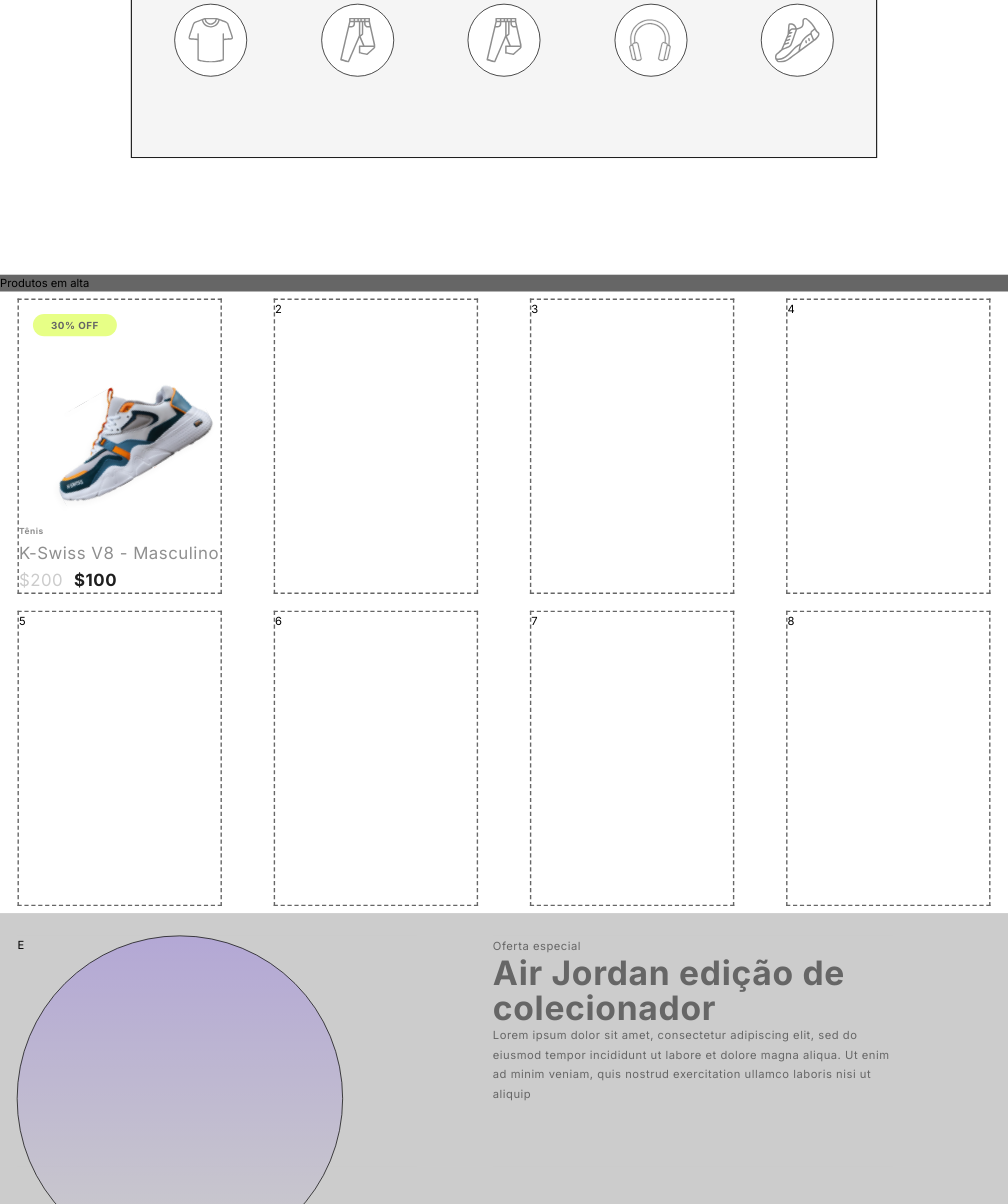
Repository: theophiloweb/landpage_disgital_store
Page: index.html
The author's editor kept a copy of each file at every save. The page is drawn from the files as they stood at one save, then again after the next save.
The browser window is 1280 px wide. The page is 1440 px wide, so the pictures cover 1440 px, including what lies to the right of the window. The pictures show the part of the page from y = 1518 to 3238 px (the page is 3731 px tall), at 70% of full size.

Above is the page before, as saved 2025-04-25 10:59:41.

### index.html
<!DOCTYPE html>
<html lang="en">

<head>
  <meta charset="UTF-8" />
  <meta name="viewport" content="width=device-width, initial-scale=1.0" />
  <title>Document</title>
  <script src="https://cdn.jsdelivr.net/npm/@tailwindcss/browser@4"></script>
  <link rel="stylesheet" href="style.css" />
  <link rel="shortcut icon" href="./images/logo.svg" type="image/x-icon" />
</head>

<body>
  <!-- Container principal  -->
  <div class="container">
    <header>
      <div class="logotipo">
        <div class="logotipo_img">
          <img src="./images/logo.svg" alt="Logo" />
        </div>
        <div class="logotipo_text">
          <p>Digital Store</p>
        </div>
      </div>

      <div class="search_bar">
        <div class="search_bar_input">
          <div class="search-wrapper">
            <input type="text" placeholder="Pesquisar produtos" class="input_search" />
            <img src="./images/search.svg" alt="Ícone de busca" class="search-icon" />
          </div>
          <button type="button" class="button_login">Entrar</button>
          <img src="./images/buy0.svg" alt="buy" class="buy_icon" />
        </div>
      </div>
    </header>

    <nav>
      <ul class="nav_links">
        <li>Home</li>
        <li>Produtos</li>
        <li>Categorias</li>
        <li>Meus Pedidos</li>
      </ul>

      <p class="nav_empty"></p>
    </nav>

    <main>
      <aside>
        <section class="slideshow">
          <div class="slideshow_text">
            <p class="slideshow_text1">Melhores ofertas personalizadas</p>
            <h1 class="slideshow_text2">Queima de Estoque Nike 🔥</h1>
            <p class="slideshow_text3">
              Consequat culpa exercitation mollit nisi excepteur do do tempor
              laboris eiusmod irure consectetur.
            </p>
          </div>

          <div class="slideshow_img">
            <img src="./images/tenis.svg" alt="tenis_rotate" />
          </div>
        </section>

        <!-- SVG Teste
        <div class="teste">
          <svg xmlns="http://www.w3.org/2000/svg" width="1069" height="319" viewBox="0 0 1069 319" fill="none">
            <path d="M0.5 318V25L528 0.5L1068 25V318H0.5Z" stroke="black" />
          </svg>
          <p class="">Olá Mundo</p>
        </div>
        -->

        <section class="title_featured_collection">
          <div>
            <p>Coleções em destaque</p>
          </div>
        </section>

        <section class="featured_collection">

          <div class="boxs_featured_collection_img">
            <button>30% OFF</button>
            <h1>Novo drop Supreme</h1>
            <button>Comprar</button>
            <img src="./images/features_colletion_img1.png" class="img1" alt="" srcset="">
          </div>

          <div class="boxs_featured_collection_img">
            <button>30% OFF</button>
            <h1>Novo drop Supreme</h1>
            <button>Comprar</button>
            <img src="./images/features_colletion_img2.png" class="img2" alt="" srcset="">
          </div>

          <div class="boxs_featured_collection_img">
            <button>30% OFF</button>
            <h1>Novo drop Supreme</h1>
            <button>Comprar</button>
            <img src="./images/features_colletion_img3.png" class="img3" alt="" srcset="">
          </div>
        </section>

        <section class="featured_collection_2">
          <div class="featured_collection_2_box1">
            <div class="featured_collection_2_box2">
              <p>Coleções em destaque</p>
              <div class="featured_collection_2_icons">
                <div class="icon1"><img src="./images/ico1.svg" alt="" srcset=""></div>
                <div class="icon2"><img src="./images/ico2.svg" alt="" srcset=""></div>
                <div class="icon3"><img src="./images/ico3.svg" alt="" srcset=""></div>
                <div class="icon4"><img src="./images/ico4.svg" alt="" srcset=""></div>
                <div class="icon5"><img src="./images/ico5.svg" alt="" srcset=""></div>
              </div>
            </div>
          </div>
        </section>

        <section class="trending_products">
          <p>Produtos em alta</p>
          <div class="boxs_trending_products">
            <div>
              <p>30% OFF</p>
              <img src="./images/layer-1-aa-2.svg" alt="" srcset="">
              <p>Tênis</p>
              <h3>K-Swiss V8 - Masculino</h3>
              <p class="normal_value">$200</p>
              <p class="value_now">$100</p>
            </div>
            <div>2</div>
            <div>3</div>
            <div>4</div>
            <div>5</div>
            <div>6</div>
            <div>7</div>
            <div>8</div>
          </div>
        </section>

        <section class="special_offer">
          <div class="special_offer_grp_img">
            <div class="elipse_special_offer">E</div>
          </div>

          <div class="special_offer_text">
            <p>Oferta especial</p>
            <h2>Air Jordan edição de colecionador</h2>
            <p>
              Lorem ipsum dolor sit amet, consectetur adipiscing elit, sed do
              eiusmod tempor incididunt ut labore et dolore magna aliqua. Ut
              enim ad minim veniam, quis nostrud exercitation ullamco laboris
              nisi ut aliquip
            </p>
          </div>
        </section>
      </aside>
    </main>
  </div>
  <footer class="footer">
    <div class="logo_footer">Logo Footer</div>

    <div class="links_utils">
      <div class="information">Information</div>
      <div class="categories">Categories</div>
      <div class="contact">Contact</div>
    </div>
  </footer>
</body>

</html>

### style.css
@import url("https://fonts.googleapis.com/css2?family=Inter:ital,opsz,wght@0,14..32,100..900;1,14..32,100..900&family=Oswald:wght@200..700&family=Roboto:ital,wght@0,100..900;1,100..900&display=swap");

:root {
  --color-dark: #1f1f1f;
  --dark-gray-1: #474747;
  --dark-gray-2: #666666;
  --light-gray-1: #8f8f8f;
  --light-gray-2: #cccccc;
  --light-gray-3: #f5f5f5;
  --white: #ffffff;
  --primary: #c92071;
  --secundary: #b5b6f2;
  --tTertiary: #991956;
  --error: #ee4266;
  --success: #52ca76;
  --warning: #f6aa1c;
  --primary-g: linear-gradient(top, #c92071 0%, #edabca 100%);
  --secondary-g: linear-gradient(top, #b5b6f2 0%, #efefff 100%);
  --offset: 40px;
}

* {
  margin: 0;
  padding: 0;
  box-sizing: border-box;
  font-family: "Inter", sans-serif;
}

body {
  width: 100%;
  height: auto;
  display: grid;
  place-items: center;
  grid-template-columns: auto;
  grid-template-rows: auto;
}

.container {
  margin-top: 10px;
  display: grid;
  grid-template-rows: 1fr;
  place-items: center;
  max-width: 1440px;
  gap: 5px;
}

/* Header */
header {
  display: flex;
  gap: 10px;
  justify-content: center;
  border: 2px groove var(--color-dark);
  width: 1440px;
  height: 192px;
}

.logotipo {
  display: flex;
  gap: 10px;
  justify-content: space-around;
  align-items: center;
}

.logotipo_img {
  width: 33px;
  height: 33px;
}

.logotipo_text {
  font-size: 36.4px;
  font-family: "Inter";
  font-weight: 600;
  color: rgba(201, 32, 113, 1);
}

.search_bar_input {
  margin-top: 60px;
  margin-left: 400px;
  display: flex;
  gap: 24px;
  justify-content: space-around;
  align-items: center;
}

.search-wrapper {
  display: flex;
  align-items: center;
  gap: 0.5rem;
}

.input_search {
  background: var(--white);
  border-radius: 8px;
  opacity: 9;
  width: 400px;
  height: 60px;
}

.search_icon {
  position: absolute;

  color: var(--dark-gray-2);
  left: -50px;
}

.button_login {
  width: 114px;
  height: 40px;
  color: var(--light-gray-3, #f5f5f5);
  text-align: center;
  font-family: "Inter", sans-serif;
  font-size: 16px;
  font-weight: 700;
  background-color: var(--tTertiary);
  padding: 10px;
  border-radius: 10px;
}

.buy_icon {
  margin-left: 69px;
}

/* Section Central Nav */
nav {
  display: grid;
  grid-template-columns: repeat(8, 1fr);
  grid-template-rows: 1fr;
  width: 1440px;
  height: 50px;
}

.nav_links {
  list-style: none;
  grid-column: 2 / 6;
}

.nav_links li {
  display: inline-block;
  padding: 5px 20px;
  color: var(--color-dark);
}

.nav_empty {}

/* Section Central Slideshow */
.slideshow {
  display: grid;
  gap: 10px;
  grid-template-columns: repeat(2, 1fr);
  align-items: center;
  border: 2px groove var(--color-dark);
  max-width: 1440px;
  height: 681px;
  background-color: var(--light-gray-3);
}

.slideshow_text {
  margin-left: 100px;
  word-spacing: 2px;
}

.slideshow_text1 {
  font-size: 16px;
  font-family: "Inter";
  font-weight: 700;
  color: rgba(246, 170, 28, 1);
}

.slideshow_text2 {
  font-size: 64px;
  font-family: "Inter";
  font-weight: 800;
  color: rgba(31, 31, 31, 1);
}

.slideshow_text3 {
  font-size: 18px;
  font-family: "Inter";
  font-weight: 400;
  color: rgba(71, 71, 71, 1);
}

/* Section Central featured_collection - Image */
.featured_collection {
  display: grid;
  grid-template-columns: repeat(3, 1fr);
  grid-template-rows: 330px;
  gap: 10px;
  border: 2px groove var(--color-dark);
}

/* Estilos para cada div dentro da coleção */
.featured_collection>div {
  position: relative;
  border-radius: 8px;
  background: #d8e3f2;
  overflow: hidden;
  /* Garante que qualquer conteúdo (como imagem) que ultrapasse o limite da div seja escondido */
}

.title_featured_collection {
  color: var(--dark-gray-2, #474747);
  font-feature-settings: "liga" off, "clig" off;
  font-family: Inter;
  font-size: 24px;
  font-style: normal;
  font-weight: 700;
  line-height: 38px;
  letter-spacing: 0.75px;
  padding: 10px;
}

/* Ajustes de z-index para as divs */
.featured_collection>div:nth-of-type(1) {
  z-index: 1;
}

.featured_collection>div:nth-of-type(2) {
  z-index: 2;
}

.featured_collection>div:nth-of-type(3) {
  z-index: 3;
}

.featured_collection>div button:nth-of-type(1) {
  margin-top: 34px;
  padding: 15px 15px;
  width: 120px;
  height: 50px;
  border-radius: 29px;
  background: #e7ff86;
  color: var(--dark-gray-2, #474747);
  font-feature-settings: "liga" off, "clig" off;
  font-family: Inter;
  font-size: 14px;
  font-style: normal;
  font-weight: 700;
  line-height: 22px;
  /* 157.143% */
  letter-spacing: 0.75px;
  position: relative;
  /* Torna o z-index dos botões válido */
  z-index: 2;
  /* Coloca os botões à frente da imagem */
}

.featured_collection>div h1 {
  color: var(--dark-gray, #1f1f1f);
  font-feature-settings: "liga" off, "clig" off;
  font-family: Inter;
  font-size: 32px;
  font-style: normal;
  font-weight: 700;
  line-height: 36px;
  /* 112.5% */
  letter-spacing: 1px;
  margin-top: 10px;
  width: 172px;
  position: relative;
  /* Torna o z-index do texto válido */
  z-index: 2;
  /* Coloca o texto à frente da imagem */
}

.featured_collection>div button:nth-of-type(2) {
  width: 153px;
  height: 48px;
  flex-shrink: 0;
  color: var(--primary, #c92071);
  text-align: center;
  font-feature-settings: "liga" off, "clig" off;
  font-family: Inter;
  font-size: 16px;
  font-style: normal;
  font-weight: 700;
  line-height: 24px;
  /* 150% */
  letter-spacing: 0.75px;
  background-color: var(--white);
  margin-top: 20px;
  position: relative;
  /* Torna o z-index dos botões válido */
  z-index: 2;
  /* Coloca os botões à frente da imagem */
  border-radius: 10px;
}

/* Estilos para a imagem dentro das divs */
.boxs_featured_collection_img .img1 {
  position: absolute;
  /* Permite mover a imagem livremente dentro da div */
  top: 110px;
  /* Ajuste da posição da imagem */
  left: 200px;
  /* Ajuste da posição da imagem */
  width: 80%;
  transform: rotate(-20.783deg) scale(1.5);
  /* Rota a imagem */
  object-fit: cover;
  /* Faz com que a imagem cubra a div sem distorcer */
  object-position: center;
  /* Centraliza a imagem dentro da div */
  z-index: 0;
  /* Coloca a imagem atrás do conteúdo da div */
}

/* Estilos para a imagem dentro das divs */
.boxs_featured_collection_img .img2 {
  position: absolute;
  /* Permite mover a imagem livremente dentro da div */
  top: 0px;
  /* Ajuste da posição da imagem */
  left: 160px;
  /* Ajuste da posição da imagem */
  width: 60%;
  transform: rotate(-0deg) scale(1.5);
  /* Rota a imagem */
  object-fit: cover;
  /* Faz com que a imagem cubra a div sem distorcer */
  object-position: center;
  /* Centraliza a imagem dentro da div */
  /* Coloca a imagem atrás do conteúdo da div */
}

/* Estilos para a imagem dentro das divs */
.boxs_featured_collection_img .img3 {
  position: absolute;
  /* Permite mover a imagem livremente dentro da div */
  top: 50px;
  /* Ajuste da posição da imagem */
  left: 260px;
  /* Ajuste da posição da imagem */
  width: 50%;
  transform: rotate(38deg) scale(1.5);
  /* Rota a imagem */
  object-fit: cover;
  /* Faz com que a imagem cubra a div sem distorcer */
  object-position: center;
  /* Centraliza a imagem dentro da div */
}

/* Section Central featured_collection 2 */
.featured_collection_2 {
  display: flex;
  justify-content: center;
  max-width: 1440px;
}

.featured_collection_2_box1 {
  width: 1067.5px;
  height: 317.5px;
  position: relative;
  display: flex;
  justify-content: center;
  align-items: center;
  box-sizing: border-box;
  margin: 92.5px 0 156px 0;
}

.featured_collection_2_box2 {
  width: 1067.5px;
  height: 317.5px;
  border-radius: 0;
  position: relative;
  overflow: hidden;
  background: none;
  -webkit-clip-path: polygon(0% 8%, 50% 0%, 100% 8%, 100% 100%, 0% 100%);
  clip-path: polygon(0% 8%, 50% 0%, 100% 8%, 100% 100%, 0% 100%);
  box-sizing: border-box;
}

.featured_collection_2_box2::before {
  content: "";
  position: absolute;
  top: 0;
  left: 0;
  width: 100%;
  height: 100%;
  background-color: var(--color-dark);
  -webkit-clip-path: polygon(0% 8%, 50% 0%, 100% 8%, 100% 100%, 0% 100%);
  clip-path: polygon(0% 8%, 50% 0%, 100% 8%, 100% 100%, 0% 100%);
  z-index: 1;
}

.featured_collection_2_box2::after {
  content: "";
  position: absolute;
  top: 2px;
  left: 2px;
  width: calc(100% - 4px);
  height: calc(100% - 4px);
  background-color: var(--light-gray-3);
  -webkit-clip-path: polygon(0% 8%, 50% 0%, 100% 8%, 100% 100%, 0% 100%);
  clip-path: polygon(0% 8%, 50% 0%, 100% 8%, 100% 100%, 0% 100%);
  z-index: 2;
}

.featured_collection_2_box2 p {
  position: relative;
  z-index: 3;
  color: rgb(37, 17, 17);
  padding: 20px;
  text-align: center;
  color: var(--dark-gray-2, #474747);
  font-feature-settings: "liga" off, "clig" off;
  font-family: Inter;
  font-size: 24px;
  font-style: normal;
  font-weight: 700;
  line-height: 38px;
  /* 158.333% */
  letter-spacing: 0.75px;
}

/*
.teste {
  position: relative;

  width: 1069px;
  height: 319px;
  z-index: 2;
}

svg {
  position: absolute;
  z-index: 1;
  background-color: transparent;
}

.teste p {
  position: absolute;
  top: 100px;
  left: 100px;
}
*/

.featured_collection_2_icons {
  display: grid;
  grid-template-columns: repeat(5, 1fr);
  justify-items: center;
  align-items: center;
  color: #000;
  width: 100%;
  z-index: 4;
  position: absolute;
  bottom: 0;
  top: -20px;
  left: 0;
  width: 100%;
  padding: 10px;
}

.featured_collection_2_icons>div {
  width: 104px;
  height: 104px;
  border-radius: 50%;
  background-color: var(--white);
  display: flex;
  /* Para centralizar o número dentro do círculo */
  justify-content: center;
  /* Centraliza horizontalmente */
  align-items: center;
  /* Centraliza verticalmente */
  font-size: 2em;
  /* Exemplo: tamanho do número */
  color: #000;
  /* Exemplo: cor do número para contraste */
  border: 1px solid #000;
  /* Adiciona uma borda para melhor visualização */
}

/* trending_products */

.trending_products {
  margin-top: 10px;
  display: flex;
  flex-direction: column;
}

.trending_products p:first-child {
  background-color: var(--dark-gray-2);
}

.boxs_trending_products {
  margin-top: 10px;
  display: grid;
  grid-template-columns: repeat(4, 1fr);
  grid-template-rows: repeat(2, 1fr);
  gap: 24px;
  justify-items: center;
  align-items: stretch;
}

.boxs_trending_products div:nth-last-of-type(-n+8) {
  border: 2px dashed var(--dark-gray-2);
  width: 292px;
  height: 422px;
}

.boxs_trending_products div:nth-last-of-type(1) img {
  text-align: center;
  width: 248px;
  height: 134px;
  transform: rotate(-30deg);
  margin-bottom: 18px;
}

.boxs_trending_products div:nth-last-of-type(-n+8) p:nth-of-type(1) {
  text-align: center;
  width: 120px;
  padding: 5px 15px;
  border-radius: 29px;
  background: #E7FF86;
  margin: 20px;
  color: var(--dark-gray-2);
  font-feature-settings: 'liga' off, 'clig' off;
  font-family: Inter;
  font-size: 14px;
  font-style: normal;
  font-weight: 700;
  line-height: 22px;
  letter-spacing: 0.75px;
}

.boxs_trending_products div:nth-last-of-type(-n+8) p:nth-of-type(2) {
  color: #8F8F8F;
  font-feature-settings: 'liga' off, 'clig' off;
  font-family: Inter;
  font-size: 12px;
  font-style: normal;
  font-weight: 700;
  line-height: 24px;
  letter-spacing: 0.75px;
}

.boxs_trending_products div:nth-last-of-type(-n+8) p:nth-of-type(3) {
  color: var(--light-gray-2, #8F8F8F);
  font-feature-settings: 'liga' off, 'clig' off;
  font-family: Inter;
  font-size: 24px;
  font-style: normal;
  font-weight: 400;
  line-height: 38px;
  letter-spacing: 0.75px;
  display: inline !important;
  padding-right: 11px;
}

.boxs_trending_products div:nth-last-of-type(-n+8) p:nth-of-type(4) {
  color: var(--dark-gray, #1F1F1F);
  font-feature-settings: 'liga' off, 'clig' off;
  font-family: Inter;
  font-size: 24px;
  font-style: normal;
  font-weight: 700;
  line-height: 38px;
  letter-spacing: 0.75px;
  display: inline !important;
}

.boxs_trending_products div:nth-last-of-type(-n+8) h3 {
  color: var(--light-gray, #8F8F8F);
  font-feature-settings: 'liga' off, 'clig' off;
  font-family: Inter;
  font-size: 24px;
  font-style: normal;
  font-weight: 400;
  line-height: 38px;
  letter-spacing: 0.75px;
}





/* Section Central special_offer */

.special_offer {
  display: flex;
  gap: 99px;
  justify-content: space-around;
  max-width: 1440px;
  margin-top: 10px;
  background-color: var(--light-gray-2);
  height: 553px;
  flex-shrink: 0;
}

.special_offer_grp_img {
  width: 573px;
  height: 330px;
  /*background: url(./images/Laye\ 1.svg) var(--white) 100% / cover no-repeat; */
  background-color: var(--light-gray-2);
  margin: 32px 0 191px 20px;
}

.elipse_special_offer {
  width: 466px;
  height: 466px;
  flex-shrink: 0;
  border-radius: 466px;
  border: 1px solid #000;
  background: linear-gradient(180deg,
      rgba(66, 0, 255, 0.25) -40.67%,
      rgba(255, 255, 255, 0) 100%);
}

.special_offer_text {
  width: 573px;
  height: 330px;
  background-color: var(--light-gray-2);
  margin-top: 32px;
  margin-right: 159px;
}

.special_offer_text p {
  color: var(--primary, #c92071);
  font-feature-settings: "liga" off, "clig" off;
  font-family: Inter;
  font-size: 14px;
  font-style: normal;
  font-weight: 700;
  line-height: 22px;
  /* 157.143% */
  letter-spacing: 0.75px;
}

.special_offer_text h2 {
  color: var(--dark-gray-2, #474747);
  font-feature-settings: "liga" off, "clig" off;
  font-family: Inter;
  font-size: 48px;
  font-style: normal;
  font-weight: 700;
  line-height: 50px;
  /* 104.167% */
  letter-spacing: 1px;
}

.special_offer_text:last-child p {
  color: var(--dark-gray-2, #474747);
  font-feature-settings: "liga" off, "clig" off;
  font-family: Inter;
  font-size: 16px;
  font-style: normal;
  font-weight: 400;
  line-height: 28px;
  /* 175% */
  letter-spacing: 0.75px;
}

/* Footer */

footer {
  display: flex;
  gap: 205px;
  justify-content: center;
  justify-content: space-around;
  background-color: var(--dark-gray-2);
  width: 1440px;
  height: 454px;
  flex-shrink: 0;
  margin-top: -99px;
}

.logo_footer {
  width: 307px;
  height: 300px;
  background-color: var(--white);
  margin-top: 72px;
}

.links_utils {
  display: flex;
  gap: 10px;
  margin-top: 72px;
}

.information {
  width: 250px;
  height: 300px;
  background-color: var(--white);
}

.categories {
  width: 250px;
  height: 300px;
  background-color: var(--white);
}

.contact {
  width: 250px;
  height: 300px;
  background-color: var(--white);
}

After the next save:
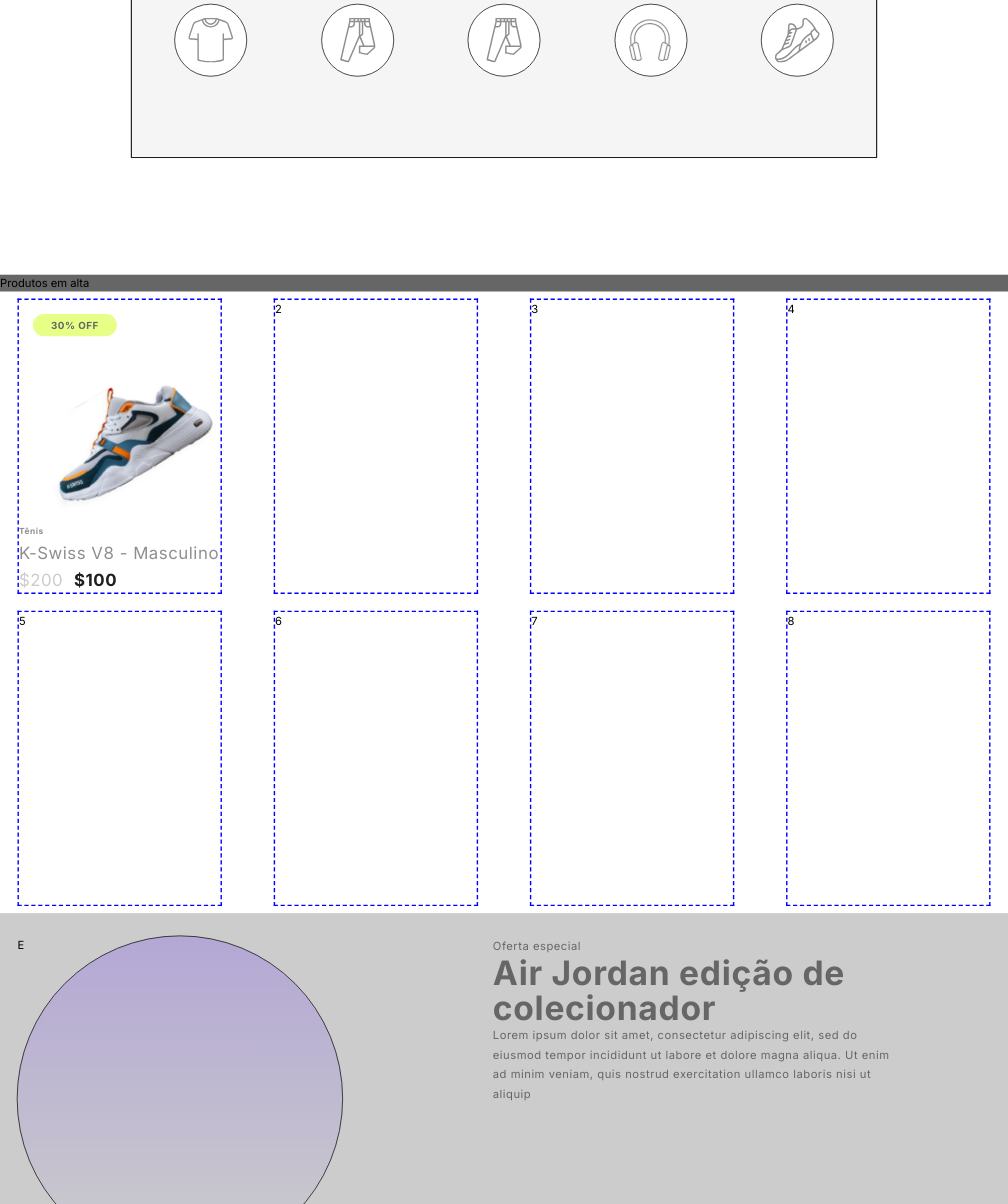
Saved 32 s later.
--- a/style.css
+++ b/style.css
@@ -493,7 +493,7 @@
 }
 
 .boxs_trending_products div:nth-last-of-type(-n+8) {
-  border: 2px dashed var(--dark-gray-2);
+  border: 2px dashed blue;
   width: 292px;
   height: 422px;
 }
